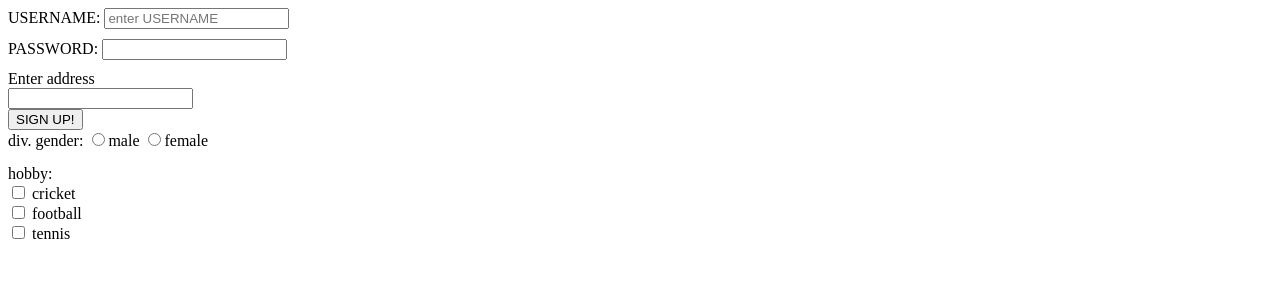
Repository: mirambialex/myform
Page: website/INDEX.HTML
The author's editor kept a copy of each file at every save. The page is drawn from the files as they stood at one save, then again after a run of saves.
The browser window is 1280 px wide. The pictures show the whole page.

Above is the page before, as saved 2024-04-11 10:16:29.

### website/INDEX.HTML
<!DOCTYPE html>
<html lang="en">
<head>

    <title>WEBPAGE DESIGN</title>
    <LINK REL="STYLESHEET" HREF="STYLE.CSS">
</head>
<body>

 <DIV class="MAIN">USERNAME: <INPUT TYPE="TEXT" placeholder="enter USERNAME"> <br/>
 </DIV>
 <DIV class="A"> PASSWORD: <INPUT TYPE="PASSWORD" NAME="PASSWORD"> <br/></DIV>
 Enter address <br/>
<DIV CLASS="B"><input type="text" name="enter your address"></DIV>
<DIV class="C"><BUTTon>SIGN UP!</BUTTon></DIV>
div.
<LAbe for="gender">gender: </LAbel>
<INPUT type="radio" ID="GENDER" name="GENDER" VALUE="male"/>male
<INPUT type="radio" ID="GENDER" name="GENDER" VALUE="female"/>female <br/>
<div class="d">
hobby:<br>
<input type="checkbox" id="cricket" name="cricket" value="cricket"/>
<label for="cricket">cricket</label> <br>
<input type="checkbox" id="football" name="football" value="football"/>
<label for="football">football</label> <br>
<input type="checkbox" id="tennis" name="tennis" value="tennis"/>
<label for="tennis">tennis</label> <br>
<br/>
</div>
 </body>
</html>

### website/STYLE.CSS
.MAIN{
    margin-bottom: 0.8%;
}
.A{
    margin-bottom: 0.8%;
}
.c{
    margin-top: 0.5%;
}
.d{
    margin-top: 1.2%;

}

After the next 2 saves:
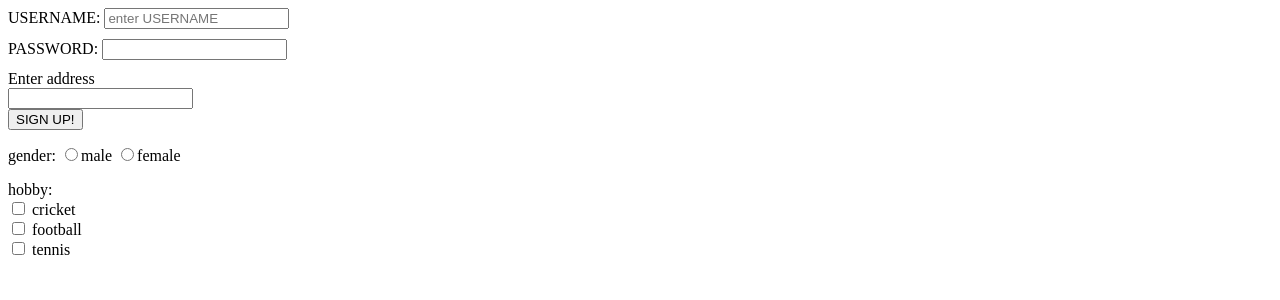
The 2 saves are shown as one change because they came seconds apart.
The last was saved 8 s later.
--- a/website/INDEX.HTML
+++ b/website/INDEX.HTML
@@ -13,7 +13,7 @@
  Enter address <br/>
 <DIV CLASS="B"><input type="text" name="enter your address"></DIV>
 <DIV class="C"><BUTTon>SIGN UP!</BUTTon></DIV>
-div.
+<div class="d"></div>
 <LAbe for="gender">gender: </LAbel>
 <INPUT type="radio" ID="GENDER" name="GENDER" VALUE="male"/>male
 <INPUT type="radio" ID="GENDER" name="GENDER" VALUE="female"/>female <br/>
